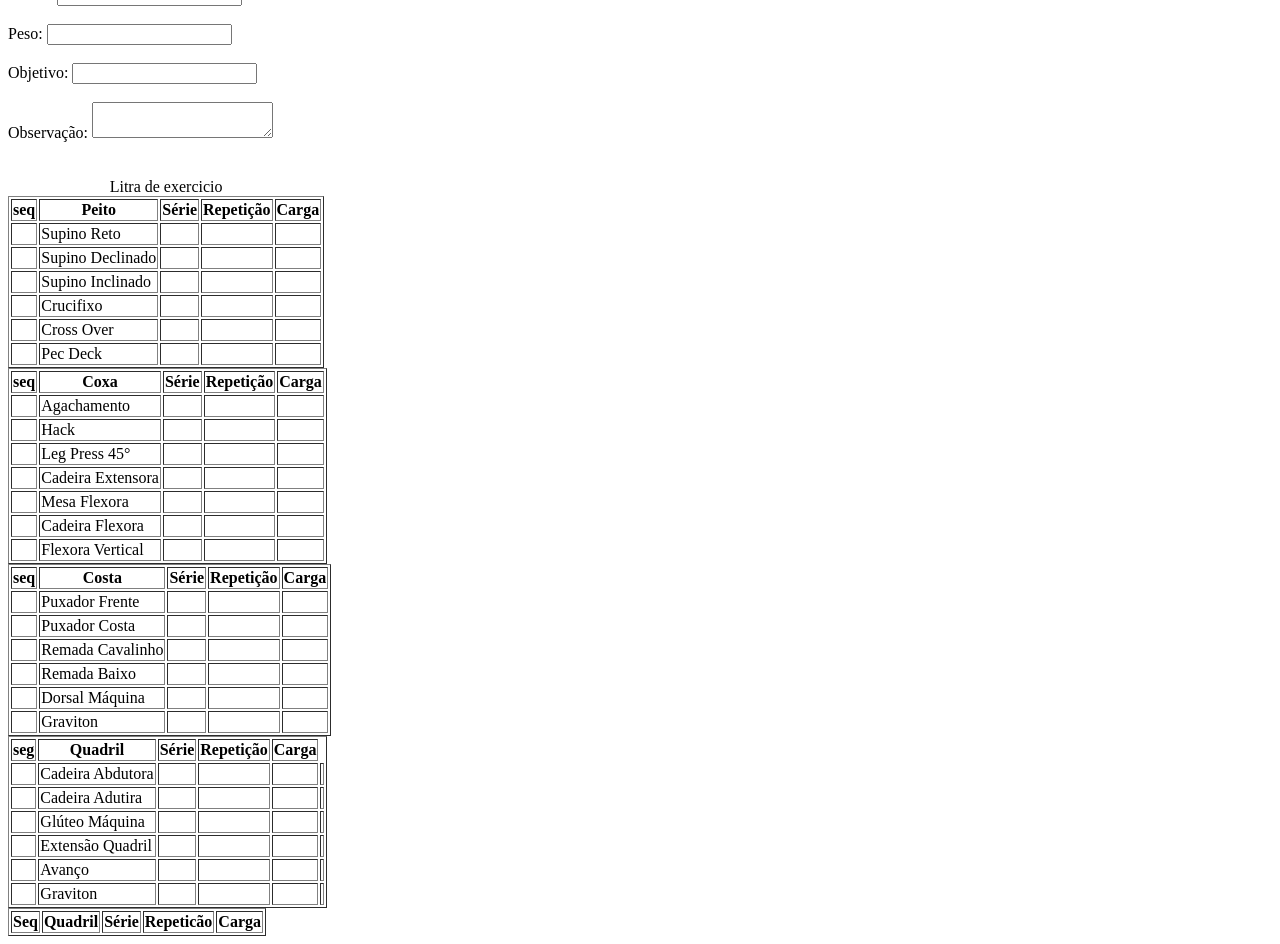
Repository: luisjonson/ProjetoWebAcademia
Page: Projeto_Web/RepositorioWebProject/WebContent/FichaAluno.html
The author's editor kept a copy of each file at every save. The page is drawn from the files as they stood at one save, then again after the next save.
The browser window is 1280 px wide. The pictures show the part of the page from y = 504 to 1456 px (the page is 1448 px tall before and 1456 px after).
A picture or video elsewhere on the page could not be fetched, so the positions and the page height are approximate.

Above is the page before, as saved 2017-04-06 01:21:21.

After the next save:
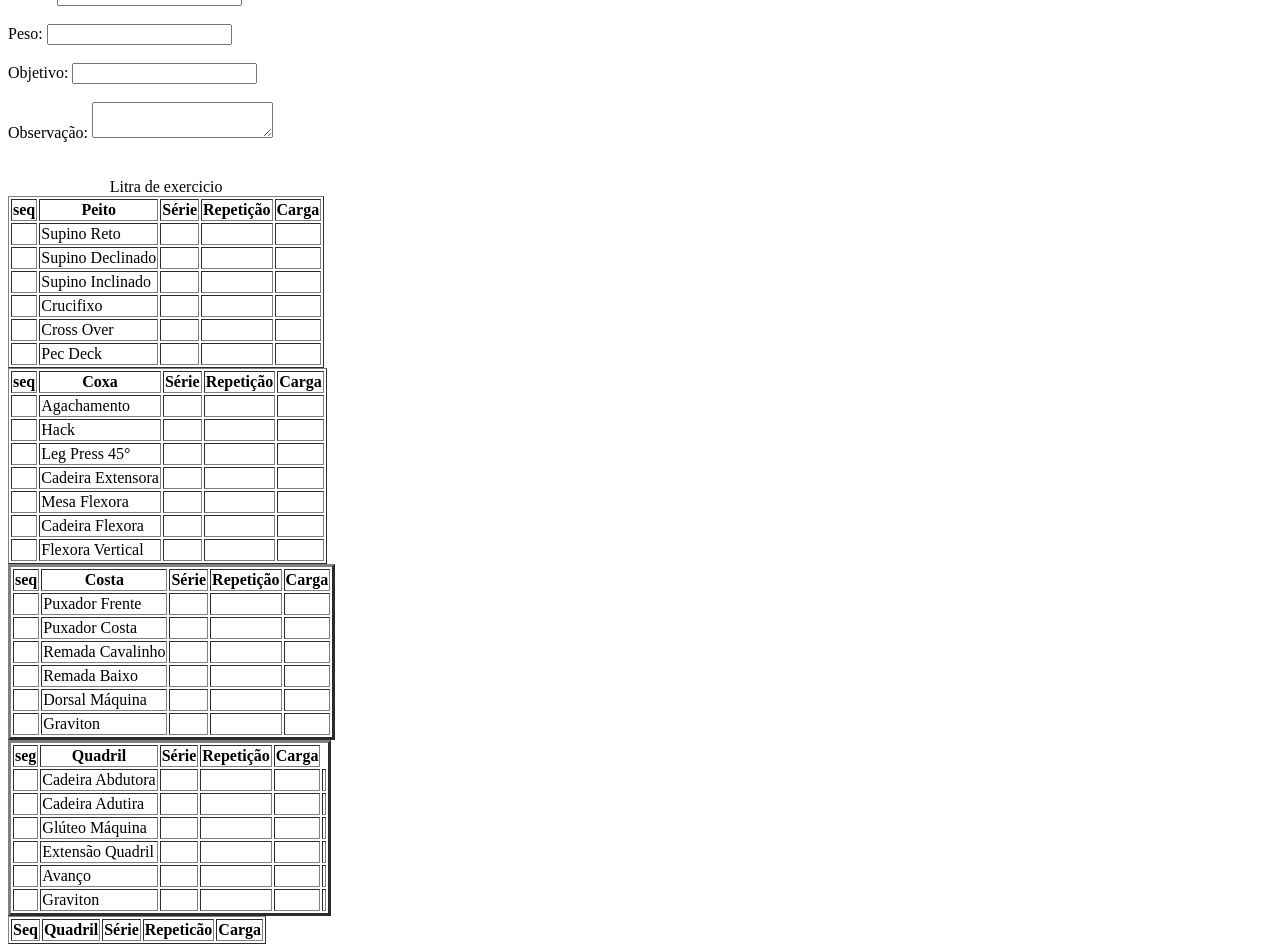
Saved 85 s later.
--- a/Projeto_Web/RepositorioWebProject/WebContent/FichaAluno.html
+++ b/Projeto_Web/RepositorioWebProject/WebContent/FichaAluno.html
@@ -34,7 +34,7 @@
 	<br>
 
 	<div class="table-responsive">
-	<table class="table" border="1">
+	<table cl border="1">
 
 		<caption>Litra de exercicio</caption>
 
@@ -97,7 +97,8 @@
 
 	</table>
 
-	<table  class="table" border="1">
+
+	<table border="1">
 
 		<tr>
 			<th>seq</th>
@@ -163,7 +164,7 @@
 			<td></td>
 		</tr>
 
-	<table class="table" border="1">
+		<table border="3">
 			<tr>
 				<th>seq</th>
 				<th>Costa</th>
@@ -220,9 +221,9 @@
 				<td></td>
 			</tr>
 		</table>
-
-
-	<table border="1">
+	</table>
+
+	<table border="3">
 
 		<tr>
 			<th>seg</th>
